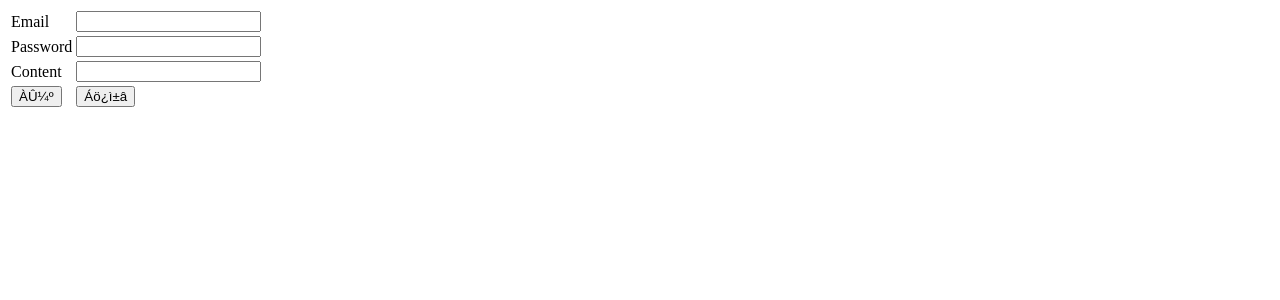
Repository: kdw880301/GuestBook
Page: http://localhost/guest_book/write.jsp
The author's editor kept a copy of each file at every save. The page is drawn from the files as they stood at one save, then again after the next save.
The browser window is 1280 px wide. The pictures show the whole page.
The page is served by Tomcat 9.

Above is the page before, as saved 2014-07-06 08:38:51.

### guest_book/WebContent/write.jsp
<!DOCTYPE html>
<html>
<head>
<meta charset="EUC-KR">
<title>글 쓰기</title>
<script>
function formCheck() {
	var email = document.forms[0].email.value;
	var password = document.forms[0].pwd.value;
	var content = document.forms[0].content.value;

	if(email == null || email == "") {
		alert('Email을 입력하세요');
		document.forms[0].email.focus();
		return false;
	}
	else if(email.match(/^(\w+)@(\w+)[.](\w+)$/ig) == null){
		alert('Email 형식으로 입력하세요');
		document.forms[0].email.focus();
		return false;
	}

	if(password == null || password == "") {
		alert('암호를 입력하세요');
		document.forms[0].pwd.focus();
		return false;
	}

	if(content == null || content == "") {
		alert('내용을 입력하세요');
		document.forms[0].content.focus();
		return false;
	}
}
</script>
</head>
<body>
<form action="index.html" method="post" onsubmit="return formCheck();">
<table>
<tr>
<td>Email</td>
<td><input type="text" name="email" /></td>
</tr>
<tr>
<td>Password</td>
<td><input type="text" name="pwd" /></td>
</tr>
<tr>
<td>Content</td>
<td><input type="text" name="content" /></td>
</tr>
<tr>
<td><input type="submit" value="작성" /></td>
<td><input type="reset" value="지우기" /></td>
</tr>
</table>
</form>

</body>
</html>

After the next save:
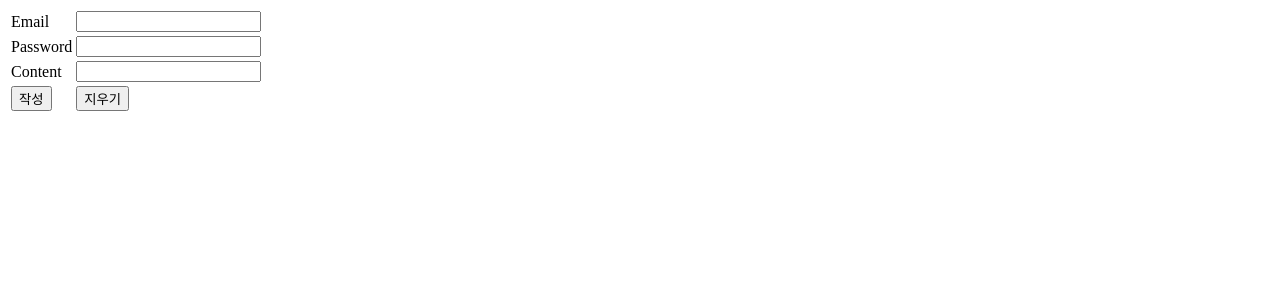
Saved 84 s later.
--- a/guest_book/WebContent/write.jsp
+++ b/guest_book/WebContent/write.jsp
@@ -1,3 +1,5 @@
+<%@ page language="java" contentType="text/html; charset=EUC-KR"  pageEncoding="EUC-KR"%>
+
 <!DOCTYPE html>
 <html>
 <head>
